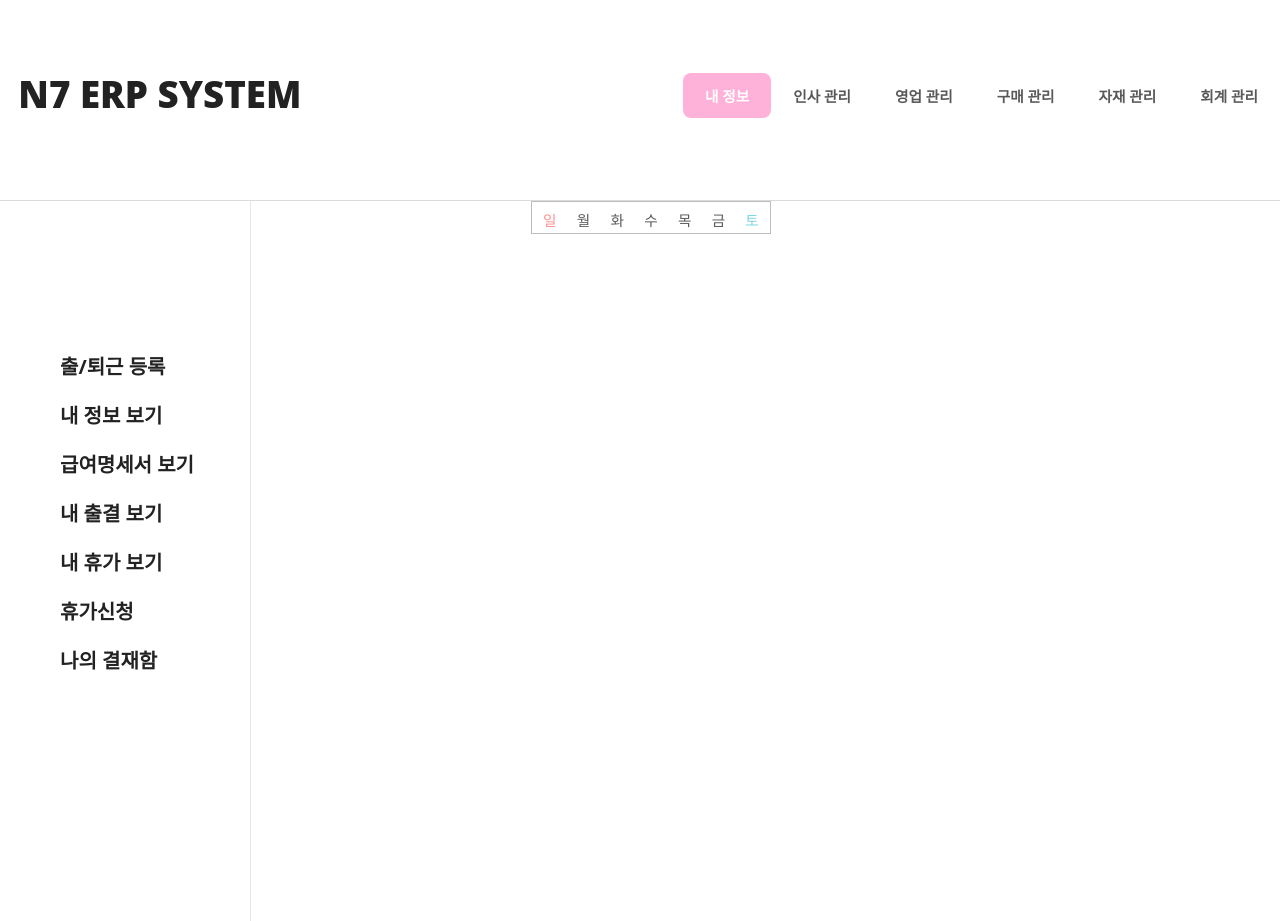
Repository: 100sayung/erpn7
Page: http://localhost/N7_ERPProject/WEB-INF/views/myInfo/myAttendance.jsp
These files come from the project's save history. The page is drawn as it stood at one moment and after the next save; the edit follows.
The browser window is 1280 px wide. The pictures show the whole page.
The page is served by Tomcat 9. Nobody is signed in. The template is opened directly, without the code that normally fills it, so the values that code supplies are empty.

Above is the page before, as saved 2020-09-14 01:14:29.
Console error: SyntaxError: Unexpected identifier 'cell'

After the next save:
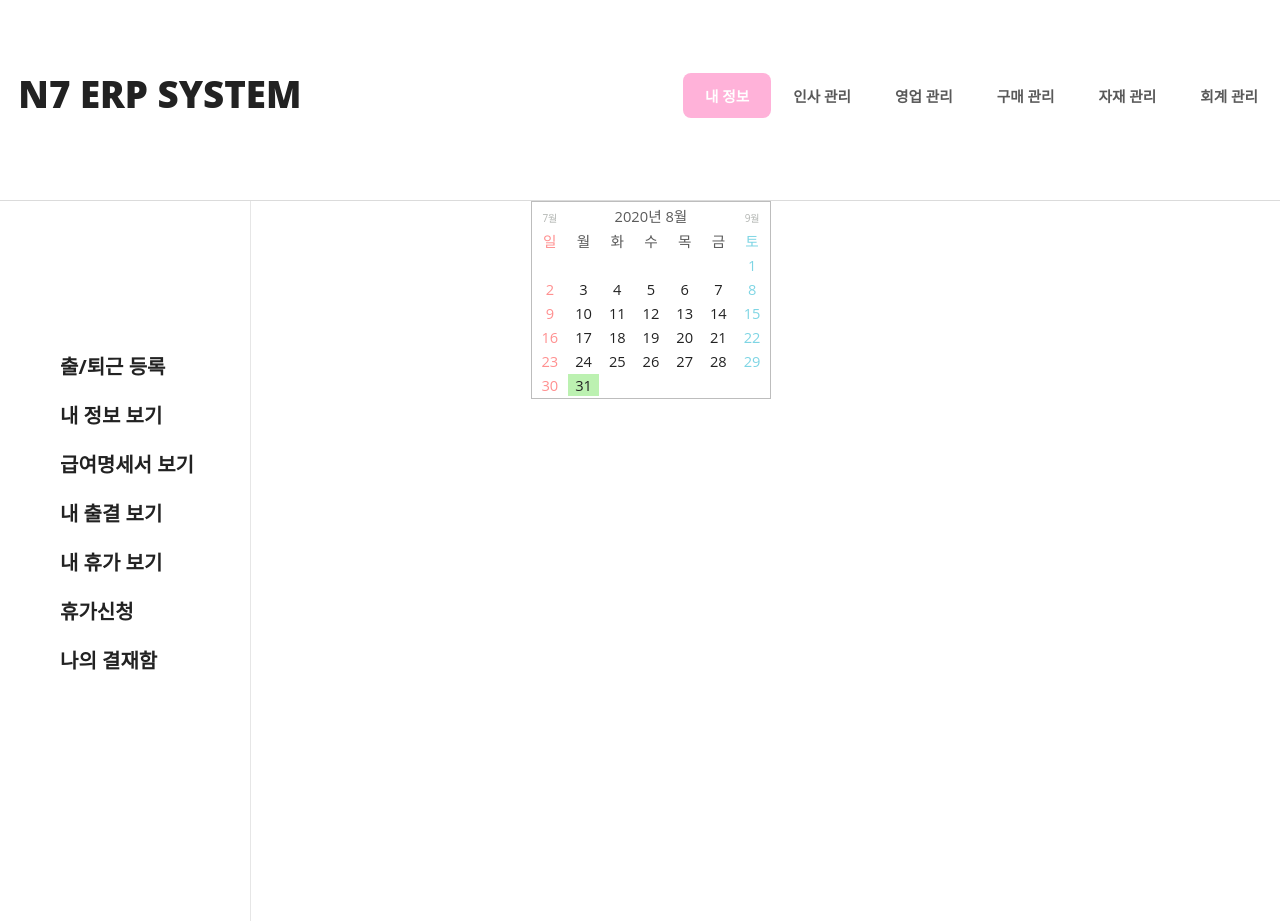
The error is gone.
Saved 22 s later.
--- a/N7_ERPProject/src/main/webapp/WEB-INF/views/myInfo/myAttendance.jsp
+++ b/N7_ERPProject/src/main/webapp/WEB-INF/views/myInfo/myAttendance.jsp
@@ -11,12 +11,12 @@
 <link href="/erp/css/default.css" rel="stylesheet" type="text/css"
 	media="all" />
 <style>
-table {
-	border: 1px solid #BDBDBD;
-	text-align: center;
-	width: 30%;
-}
-
+table
+{
+     border:1px solid #BDBDBD;
+     text-align:center;
+     width:30%;
+}
 #header {
 	width: 100%;
 	height: 200px;
@@ -28,7 +28,7 @@ table {
 	font-size: 20px;
 	font-weight: bolder;
 	float: left;
-	border-right: 1px solid #E6E6E6;
+	border-right:1px solid #E6E6E6;
 }
 
 #side_menu #menuList {
@@ -53,8 +53,7 @@ a {
 ul {
 	list-style: none;
 }
-
-.attendance {
+.attendance{
 	border: 1px solid black;
 }
 </style>
@@ -68,9 +67,9 @@ ul {
 		</div>
 		<div id="menu">
 			<ul>
-				<li class="current_page_item"><a href="/erp/myInfo/myInfo"
-					accesskey="4" title="">내 정보</a></li>
-				<li><a href="/erp/hr/hr" accesskey="2" title="">인사 관리</a></li>
+				<li class="current_page_item"><a href="/erp/myInfo/myInfo" accesskey="4" title="">내 정보</a></li>
+				<li><a href="/erp/hr/hr" accesskey="2"
+					title="">인사 관리</a></li>
 				<li><a href="#" accesskey="3" title="">영업 관리</a></li>
 				<li><a href="#" accesskey="5" title="">구매 관리</a></li>
 				<li><a href="#" accesskey="6" title="">자재 관리</a></li>
@@ -90,25 +89,23 @@ ul {
 		</ul>
 	</div>
 	<div id="description">
-		<table align="center" id="calendar">
-			<tr>
-				<td><font size=1%; color="#B3B6B3"><label
-						onclick="beforem()" id="before"></label></font></td>
-				<td colspan="5" align="center" id="yearmonth"></td>
-				<td><font size=1%; color="#B3B6B3"><label
-						onclick="nextm()" id="next"></label></font></td>
-			</tr>
-			<tr>
-				<td align="center"><font color="#FF9090">일</font></td>
-				<td align="center">월</td>
-				<td align="center">화</td>
-				<td align="center">수</td>
-				<td align="center">목</td>
-				<td align="center">금</td>
-				<td align="center"><font color=#7ED5E4>토</font></td>
-			</tr>
-		</table>
-		<div id="at"></div>
+    <table align="center" id="calendar">
+        <tr>
+            <td><font size=1%; color="#B3B6B3"><label onclick="beforem()" id="before" ></label></font></td>
+            <td colspan="5" align="center" id="yearmonth"></td>
+            <td><font size=1%; color="#B3B6B3"><label onclick="nextm()" id="next"></label></font></td>
+        </tr>
+        <tr>
+            <td align="center"> <font color="#FF9090">일</font></td>
+            <td align="center"> 월 </td>
+            <td align="center"> 화 </td>
+            <td align="center"> 수 </td>
+            <td align="center"> 목 </td>
+            <td align="center"> 금 </td>
+            <td align="center"><font color=#7ED5E4>토</font></td>
+        </tr>
+    </table>
+    <div id="at"></div>
 	</div>
 
 	<script>
@@ -163,7 +160,6 @@ ul {
         var yearmonth = document.getElementById("yearmonth"); //  년도와 월 출력할곳
         yearmonth.innerHTML = today.getFullYear() + "년 "+ (today.getMonth() + 1) + "월"; //년도와 월 출력
 
-
         if(today.getMonth()+1==12) //  눌렀을 때 월이 넘어가는 곳
         {
             before.innerHTML=(today.getMonth())+"월";
@@ -197,36 +193,24 @@ ul {
             cnt = cnt + 1;
         }
 
-        	// 달력 출력
-    	        for (i = 1; i <= lastDate.getDate(); i++) // 1일부터 마지막 일까지
-    	        {
-    	            cell = row.insertCell();
-    	            if
-    	            cell.innerHTML = "<a href='javascript:checkMyAt("+i+")'>"+i+"</a>" ;
-    	            cnt = cnt + 1;
-    	            if (cnt % 7 == 1) {//일요일 계산
-    	                cell.innerHTML = "<a href='javascript:checkMyAt("+i+")'><font color=#FF9090>"+i+"</font></a>";//일요일에 색
-    	            }
-    	            if (cnt % 7 == 0) { // 1주일이 7일 이므로 토요일 계산
-    	                cell.innerHTML = "<a href='javascript:checkMyAt("+i+")'><font color=#7ED5E4>"+i+"</font></a>";//토요일에 색
-    	                row = calendar.insertRow();// 줄 추가
-    	            }
-    	            if(today.getFullYear()==date.getFullYear()&&today.getMonth()==date.getMonth()&&i==date.getDate())
-    	            {
-    	                cell.bgColor = "#BCF1B1"; //오늘날짜배경색
-    	            }
-    	        }
-
-
-    	$.ajax({
-    		url:"/erp/rest/myinfo/allmyattendance",
-    		data:{yearmonth:$("#yearmonth").html()},
-    		dataType:"json",
-    		method:"get",
-    		success: function(data){}, error : function(err){
-    			console.log(err);
-    		}
-    	});
+        // 달력 출력
+        for (i = 1; i <= lastDate.getDate(); i++) // 1일부터 마지막 일까지
+        {
+            cell = row.insertCell();
+            cell.innerHTML = "<a href='javascript:checkMyAt("+i+")'>"+i+"</a>" ;
+            cnt = cnt + 1;
+            if (cnt % 7 == 1) {//일요일 계산
+                cell.innerHTML = "<a href='javascript:checkMyAt("+i+")'><font color=#FF9090>"+i+"</font></a>";//일요일에 색
+            }
+            if (cnt % 7 == 0) { // 1주일이 7일 이므로 토요일 계산
+                cell.innerHTML = "<a href='javascript:checkMyAt("+i+")'><font color=#7ED5E4>"+i+"</font></a>";//토요일에 색
+                row = calendar.insertRow();// 줄 추가
+            }
+            if(today.getFullYear()==date.getFullYear()&&today.getMonth()==date.getMonth()&&i==date.getDate())
+            {
+                cell.bgColor = "#BCF1B1"; //오늘날짜배경색
+            }
+        }
     }
 
 	</script>
